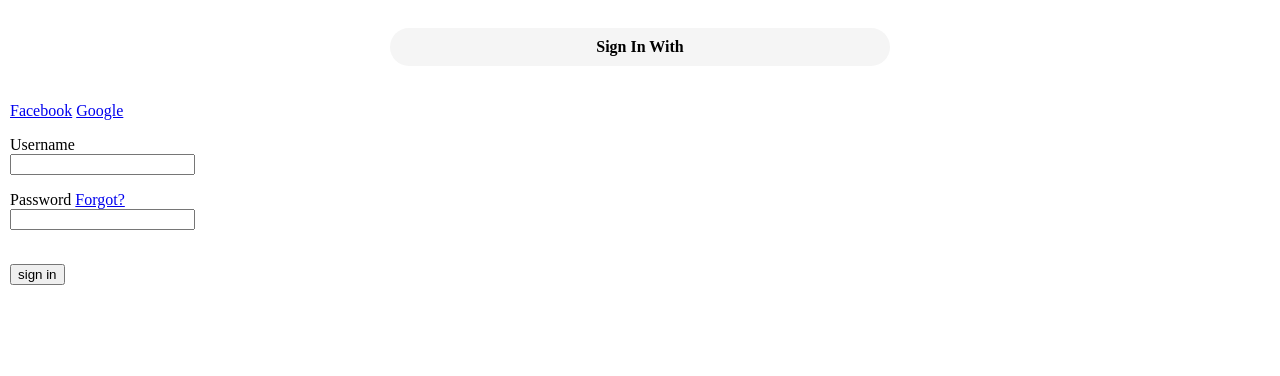
Repository: Tobby004/bdc-assignment-2
Page: index.html
These files come from the project's save history. The page is drawn as it stood at one moment and after the next save; the edit follows.
The browser window is 1280 px wide. The pictures show the whole page.

Above is the page before, as saved 2023-02-11 06:15:33.

After the next save:
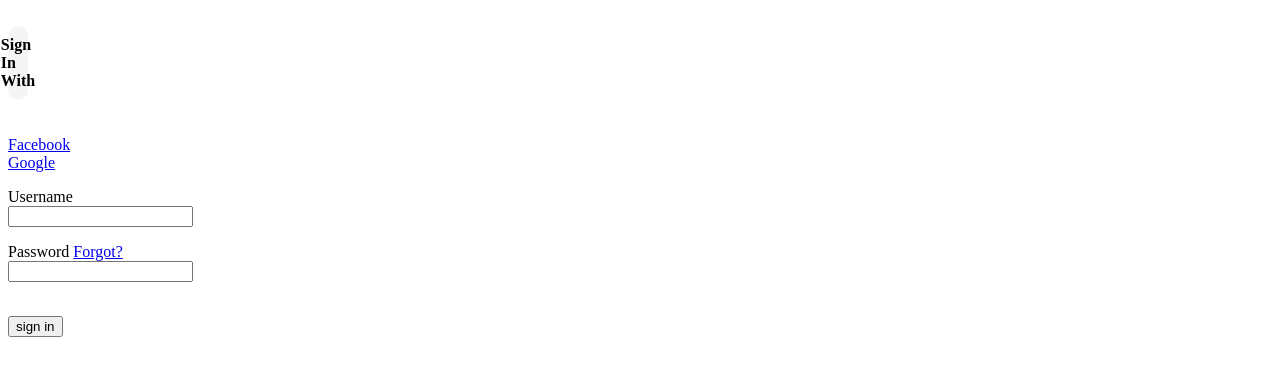
Saved 15 min 31 s later.
--- a/index.html
+++ b/index.html
@@ -9,7 +9,9 @@
 </head>
 <body>
     <header>
-    <div class="flex-container">
+    <div class="box-container">
+        <div class="box1">
+        </div>
         <br>
             <b>
              Sign In With
--- a/task.css
+++ b/task.css
@@ -11,7 +11,7 @@ header b {
     max-width: 500px;
     justify-content: center;
 }
-body {
-    padding:0 ;
-    margin: 10px ;
+.box-container{
+    display: block;
+    width: 20px;
 }
